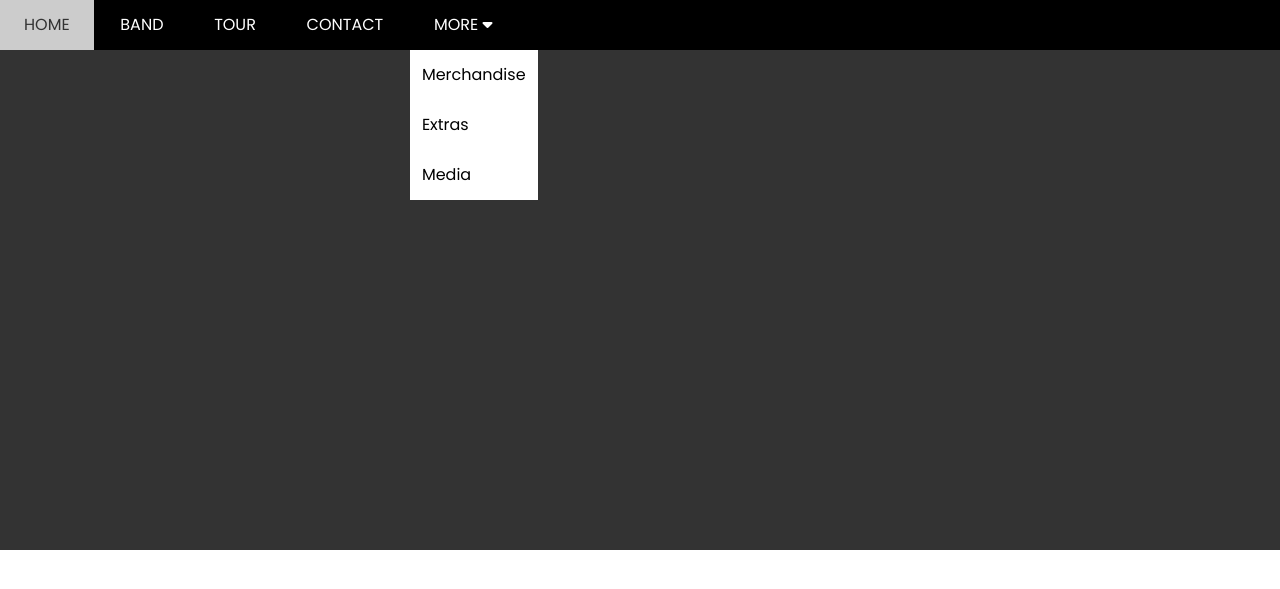
Repository: dptuyen1/the-band
Page: index.html
The author's editor kept a copy of each file at every save. The page is drawn from the files as they stood at one save, then again after the next save.
The browser window is 1280 px wide. The pictures show the whole page.

Above is the page before, as saved 2023-06-02 12:27:38.

After the next save:
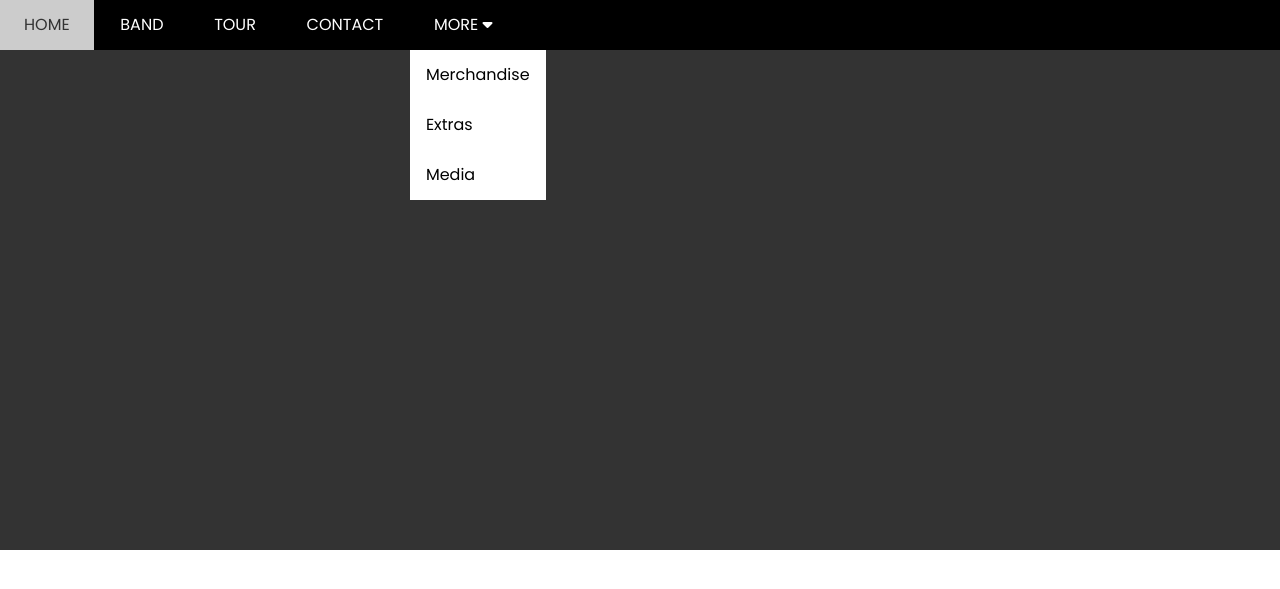
Saved 5 s later.
--- a/assets/css/style.css
+++ b/assets/css/style.css
@@ -58,7 +58,7 @@ html {
 
 #nav .sub-nav a {
   color: var(--black);
-  padding: 0 12px;
+  padding: 0 16px;
 }
 
 #slider {
